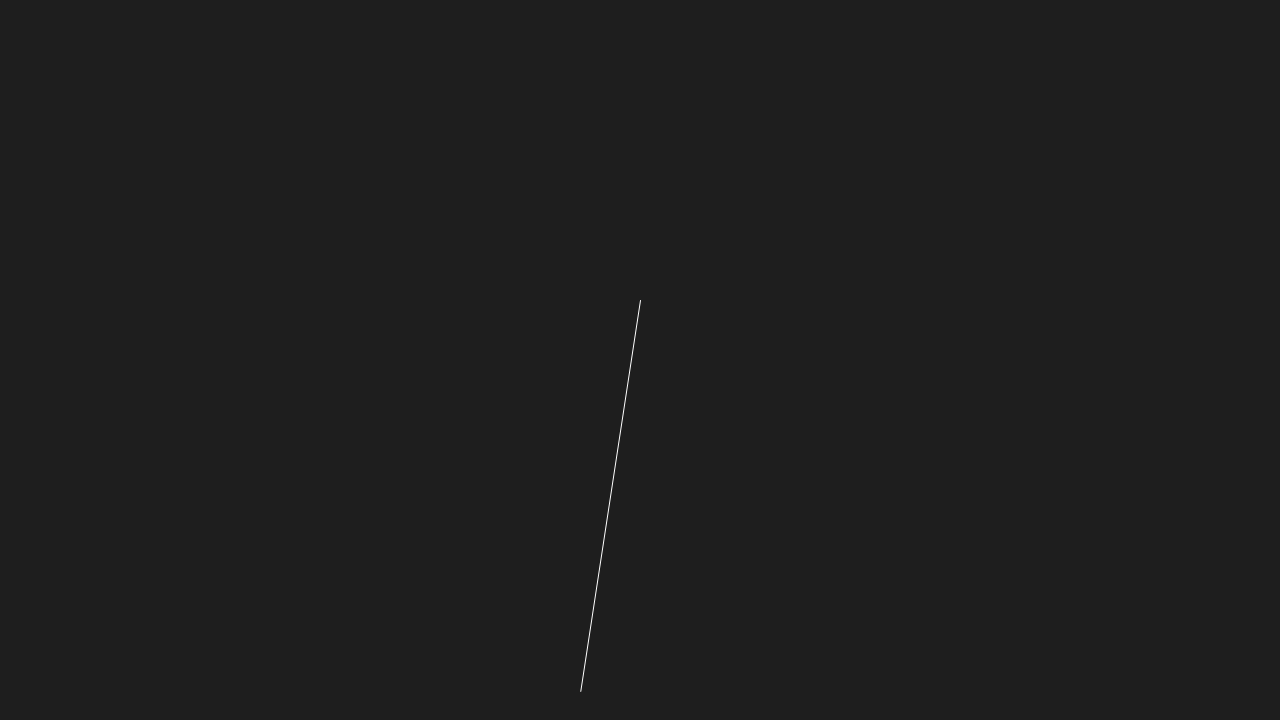
Repository: dylanreimer/electrocrafting
Page: projects/pendulum/index.html
An editor plug-in stored every save of this project. The page is shown before and after the next save, followed by the edit.
The browser window is 1280 px wide. The pictures show the whole page.

Above is the page before, as saved 2021-10-19 00:42:18.

### projects/pendulum/index.html
<!DOCTYPE html>
<html lang="en">
  <head>
    <meta charset="UTF-8" />
    <meta http-equiv="X-UA-Compatible" content="IE=edge" />
    <meta name="viewport" content="width=device-width, initial-scale=1.0" />
    <style>
      body {
      padding: 0;
      margin: 0;
    }
    </style>
    <title>pendulum</title>
      <script src="libs/p5.js"></script>
      <script src="libs/p5.dom.min.js"></script>
      <script src="libs/p5.sound.min.js"></script>
    </head>
  <body>
    <script src="sketch.js"></script>
    <script src="pendulum.js"></script>
  </body>
</html>

### projects/pendulum/sketch.js
const canvasWidth = window.innerWidth;
const canvasHeight = window.innerHeight;

let pendulum;


function preload() {

}

function setup() {
    createCanvas(canvasWidth, canvasHeight);

    pendulum = new Pendulum(500, 300, 100, 200, 0.02, [255, 255, 255]);
}



function draw() {
    background(30);

    pendulum.render();
    pendulum.update();

    console.log(pendulum.center)

}

### projects/pendulum/pendulum.js
class Pendulum {
    constructor(center, start, size, radius, speed, color) {
        this.origin = {x: canvasWidth/2, y: center};
        this.center = {x: canvasWidth/2, y: center};
        this.lineStart = {x: canvasWidth/2, y: start};
        this.size = size;
        this.swingRadius = radius;
        this.color = color;
        this.angle = 0;
        this.speed = speed;
    };

    update() {
        this.angle += this.speed;
        this.center.x = sin(this.angle) * this.swingRadius + this.origin.x;
        this.center.y = cos(this.angle) * this.swingRadius + this.origin.y;
    };

    render() {
        stroke(255);
        line(this.center.x, this.center.y, this.lineStart.x, this.lineStart.y);

        fill(this.color);
        ellipse(this.center.x, this.center.y, this.size);
    };


}

Loaded but not shown: projects/aframe/libraries/p5.js (library); projects/pendulum/libs/p5.dom.min.js (library); projects/pendulum/libs/p5.sound.min.js (library)

After the next save:
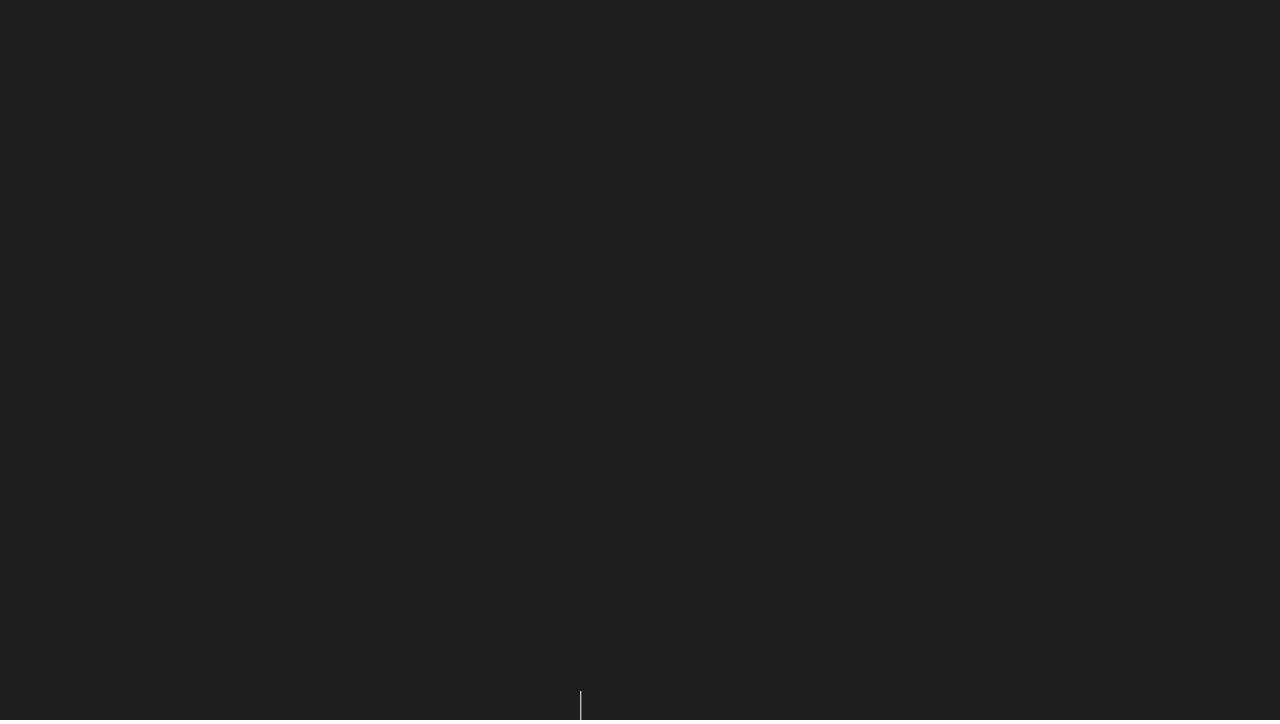
Saved 2 min 34 s later.
--- a/projects/pendulum/sketch.js
+++ b/projects/pendulum/sketch.js
@@ -11,7 +11,7 @@
 function setup() {
     createCanvas(canvasWidth, canvasHeight);
 
-    pendulum = new Pendulum(500, 300, 100, 200, 0.02, [255, 255, 255]);
+    pendulum = new Pendulum(500, 350000, 100, 200, 0.02, [255, 255, 255]);
 }
 
 
